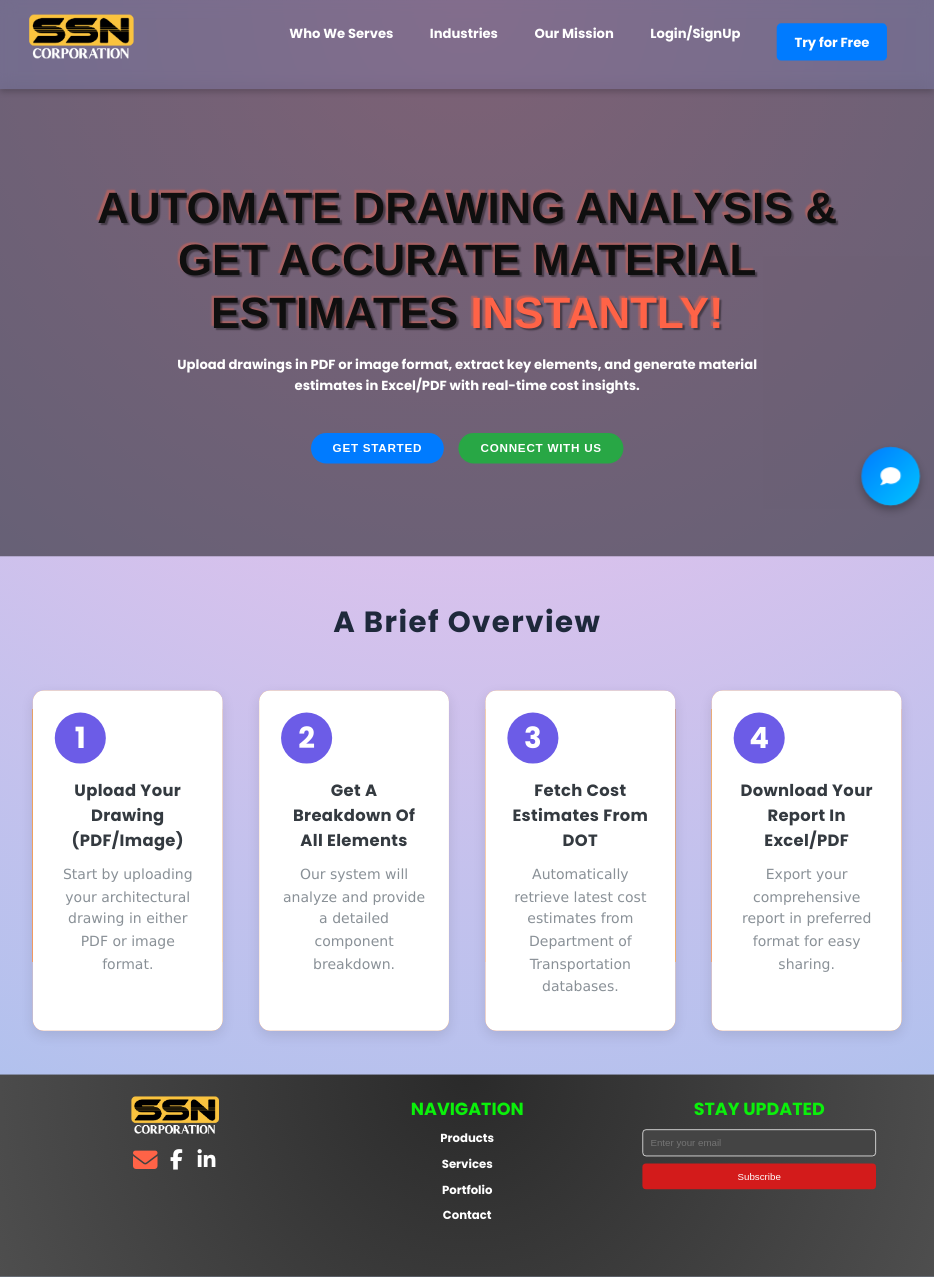
Repository: aabhashbasnet/SSNCorporation
Page: /
An editor plug-in stored every save of this project. The page is shown before and after the next save, followed by the edit.
The browser window is 1280 px wide. The pictures show the whole page, at 73% of full size.
The pointer rests on the first visible `.social-icon`.
The project was rebuilt for these pictures with package versions that can differ from the ones it lists, and the page was loaded fresh each time. Also part of the build but not shown: src/pages/OurMission/OurMission.jsx, src/pages/LoginSignUp/LoginSignUp.css, src/pages/LoginSignUp/LoginSignUp.jsx, src/pages/Industries/Industries.jsx, src/pages/Industries/Landscaping.jsx, src/pages/Industries/Paving.jsx, src/pages/Industries/GeneralConstruction.jsx, src/pages/Industries/FacilitiesMaintenance.jsx and 10 more.

Above is the page before, as saved 2025-02-11 15:09:04.

### src/index.css
/* index.css or App.css */
body {
  margin: 0;
  padding: 0;
  font-family: 'Poppins', sans-serif; /* Optional: Add modern typography */
  /* background: linear-gradient(to bottom, #0a192f, #162447); */
  /* background: linear-gradient(to bottom, #0a192f, #004aad); */
  /* background: radial-gradient(circle at top, #00c6ff, #0072ff, #0a192f);
  background: radial-gradient(circle at top, #ff7e5f, #feb47b, #f4f4f4);
  background: radial-gradient(circle at top, #6a11cb, #2575fc);
  background: radial-gradient(circle at top, #ff416c, #ff4b2b); */
  background: radial-gradient(circle at top, #fbc2eb, #a6c1ee);
  /* color: white; Ensures text is readable */
  min-height: 100vh;
}

### src/App.css
.app-container {
  min-height: 100vh;
  display: flex;
  flex-direction: column;
  background-size: cover;
  background-position: center;
}

### src/components/Main/Main.jsx
import React, { useEffect } from "react";
import { useNavigate } from "react-router-dom";
import "./Main.css";

const Main = () => {
  const navigate = useNavigate();

  const handleGetStartedClick = () => {
    // Open the GetStarted component in a new tab
    const newTab = window.open("", "_blank");
    newTab.location.href = "/get-started";
  };

  useEffect(() => {
    // Adding animation to fade in the content
    const content = document.querySelector(".main-content");
    content.classList.add("fade-in");
  }, []);

  return (
    <div className="main-container">
      <div className="background-image">
        <div className="main-content">
          <h1 className="headline">
            Automate Drawing Analysis & Get Accurate Material Estimates{" "}
            <span className="instant">Instantly!</span>
          </h1>
          <p className="description">
            Upload drawings in PDF or image format, extract key elements, and generate material estimates in Excel/PDF with real-time cost insights.
          </p>

          <div className="button-container">
            <button className="button primary" onClick={handleGetStartedClick}>
              Get Started
            </button>
            <button className="button connect">Connect with Us</button>
          </div>
        </div>
      </div>
    </div>
  );
};

export default Main;

### src/components/Working/Working.jsx
import React from 'react';
import './Working.css';


const Working = () => {
  const steps = [
    {
      number: '1',
      title: 'Upload your drawing (PDF/Image)',
      description: 'Start by uploading your architectural drawing in either PDF or image format.'
    },
    {
      number: '2',
      title: 'Get a breakdown of all elements',
      description: 'Our system will analyze and provide a detailed component breakdown.'
    },
    {
      number: '3',
      title: 'Fetch cost estimates from DOT',
      description: 'Automatically retrieve latest cost estimates from Department of Transportation databases.'
    },
    {
      number: '4',
      title: 'Download your report in Excel/PDF',
      description: 'Export your comprehensive report in preferred format for easy sharing.'
    }
  ];

  return (
    <div className="how-it-works-container">
      <h2 className="section-title">A Brief Overview</h2>
      <div className="steps-container">
        {steps.map((step, index) => (
          <div key={index} className="step-card">
            <div className="step-icon">{step.number}</div>
            <h3 className="step-title">{step.title}</h3>
            <p className="step-description">{step.description}</p>
          </div>
        ))}
      </div>
    </div>
  );
};

export default Working;

### src/components/Footer/Footer.jsx
import React from 'react';
import './Footer.css';
import logo from '../../assets/logo.png';

const Footer = () => {
  return (
    <footer className="footer">
      <div className="footer-content"> {/* Container for better layout control */}
        <div className="footer-section">
          <img src={logo} alt="Company Logo" className="logo" />
          <div className="social-links">
            <a href="mailto:info@ssnbuilders.com" aria-label="Email">
              <i className="fas fa-envelope social-icon"></i>
            </a>
            <a href="https://www.facebook.com" aria-label="Facebook" target="_blank" rel="noopener noreferrer">
              <i className="fab fa-facebook-f social-icon"></i>
            </a>
            <a href="https://www.linkedin.com" aria-label="LinkedIn" target="_blank" rel="noopener noreferrer">
              <i className="fab fa-linkedin-in social-icon"></i>
            </a>
          </div>
        </div>

        <div className="footer-section">
          <h4>Navigation</h4>
          <nav>
            <ul className="footer-nav">
              <li><a href="/products">Products</a></li>
              <li><a href="/services">Services</a></li>
              <li><a href="/portfolio">Portfolio</a></li>
              <li><a href="/contact">Contact</a></li>
            </ul>
          </nav>
        </div>

        <div className="footer-section">
          <h4>Stay Updated</h4>
          <div className="newsletter">
            <input
              type="email"
              placeholder="Enter your email"
              className="email-input"
              aria-label="Email for newsletter"
            />
            <button className="subscribe-button">Subscribe</button>
          </div>
        </div>
      </div> {/* Close footer-content */}
    </footer>
  );
}

export default Footer;

### src/components/Main/Main.css
/* Main content styling */
.main-content {
  padding: 50px 20px;
  text-align: center;
  min-height: calc(100vh - 80px);
  display: flex;
  flex-direction: column;
  justify-content: center;
  align-items: center;
  position: relative;
  z-index: 1;
}

/* Gradient overlay */
.main-content:before {
  content: '';
  position: absolute;
  top: 0;
  left: 0;
  right: 0;
  bottom: 0;
  background: rgba(0, 0, 0, 0.5); /* Dark gradient for readability */

  z-index: -1;
}

/* Headline styling with animated underline */
.headline {
  font-family: 'Helvetica', sans-serif;
  font-size: 60px;
  font-weight: bold;
  color: #0f0f0f;
  margin-bottom: 20px;
  line-height: 1.2;
  text-transform: uppercase;
  display: inline-block;
  position: relative;
  max-width: 90%;
  text-shadow: 2px 2px 6px rgba(0, 0, 0, 0.3), 0 0 25px rgba(255, 99, 71, 0.5);
  text-shadow: 3px 3px 2px rgba(0, 0, 0, 0.4), -3px -3px 2px rgba(255, 99, 71, 0.4);


}

.headline .instant {
  color: #ff6347; /* Tomato color */
}

/* Underline animation effect */
.headline:after {
  content: '';
  position: absolute;
  left: 0;
  bottom: -5px;
  width: 0;
  height: 3px;
  background: #ff6347;
  transition: width 0.3s ease;
}

.headline:hover:after {
  width: 100%;
}

/* Description styling */
.description {
  font-size: 18px;
  font-weight: bold;
  color: white;
  max-width: 800px;
  margin: 0 auto;
  line-height: 1.6;
  margin-bottom: 30px;
}

/* Button container styling */
.button-container {
  display: flex;
  gap: 20px;
  justify-content: center;
  margin-top: 20px;
  flex-wrap: wrap;
  align-items: center;
}

/* Button base styling */
.button {
  padding: 12px 30px;
  font-size: 16px;
  font-weight: bold;
  border: none;
  border-radius: 25px;
  cursor: pointer;
  transition: all 0.3s ease;
  display: inline-block;
  text-transform: uppercase;
  letter-spacing: 1px;
}

/* Default button styling */
.button:hover {
  transform: translateY(-5px);
}

/* "Get Started" button styling */
.button.primary {
  background-color: #007bff;
  color: white;
}

.button.primary:hover {
  background-color: #0056b3;
}

/* "Connect with Us" button styling */
.button.connect {
  background-color: #28a745;
  color: white;
}

.button.connect:hover {
  background-color: #218838;
}

/* Add some responsive styling */
@media (max-width: 768px) {
  .headline {
    font-size: 45px; /* Adjust the headline font size */
  }

  .description {
    font-size: 16px;
    padding: 0 20px;
  }

  .button-container {
    flex-direction: column; /* Stack buttons on mobile */
  }

  .button {
    width: 100%;
    max-width: 300px;
    margin: 10px 0;
  }
}

### src/components/Working/Working.css
/* Working.css */

/* Container for the whole section */
.how-it-works-container {
    padding: 60px 20px;
    /* background-color: #f1f4f9; */
    text-align: center;
  }

  .section-title {
    font-size: 3rem;
    font-weight: bold;
    color: #343a40;
    margin-bottom: 40px;
    /* text-transform: uppercase; */
    letter-spacing: 2px;
    animation: fadeIn 1s ease-out;
  }

  /* Flexbox container for the cards */
  .steps-container {
    display: flex;
    justify-content: center;
    gap: 50px;
    flex-wrap: wrap;
    animation: fadeInUp 1s ease-out;
  }

  /* Individual step cards */
  .step-card {
    background-color: #fff;
    border-radius: 15px;
    box-shadow: 0 6px 18px rgba(0, 0, 0, 0.1);
    padding: 30px;
    width: 260px;
    transition: transform 0.4s ease, box-shadow 0.4s ease;
    cursor: pointer;
    position: relative;
    overflow: hidden;
    text-align: center;
  }

  .step-card:hover {
    transform: translateY(-10px);
    box-shadow: 0 12px 30px rgba(0, 0, 0, 0.15);
  }

  .step-card::before {
    content: "";
    position: absolute;
    top: 50%;
    left: 50%;
    width: 200%;
    height: 200%;
    background: linear-gradient(45deg, #ff6f61, #f79c42, #6c5ce7);
    z-index: -1;
    animation: expand 3s ease-out infinite;
    transform: translate(-50%, -50%);
  }

  /* Step icon circle */
  .step-icon {
    font-size: 2.5rem;
    font-weight: bold;
    color: #fff;
    background-color: #6c5ce7;
    width: 70px;
    height: 70px;
    border-radius: 50%;
    display: flex;
    align-items: center;
    justify-content: center;
    margin-bottom: 20px;
    transition: transform 0.3s ease;
  }

  .step-card:hover .step-icon {
    transform: scale(1.1);
  }

  /* Title style for each step */
  .step-title {
    font-size: 1.4rem;
    font-weight: 600;
    color: #343a40;
    margin-bottom: 15px;
    text-transform: capitalize;
    letter-spacing: 0.5px;
    transition: color 0.3s ease;
  }

  .step-card:hover .step-title {
    color: #6c5ce7;
  }

  /* Description under each title */
  .step-description {
    font-size: 1.2rem;
    font-family: 'Lucida Sans', 'Lucida Sans Regular', 'Lucida Grande', 'Lucida Sans Unicode', Geneva, Verdana, sans-serif;
    font-weight: 500;
    color: #6c757d;
    line-height: 1.6;
    padding-bottom: 15px;
    opacity: 0.8;
    transition: opacity 0.3s ease;
  }

  .step-card:hover .step-description {
    opacity: 1;
    color: #2f353b;
  }

  /* Hover animations for smooth effects */
  @keyframes fadeIn {
    from {
      opacity: 0;
      transform: translateY(-20px);
    }
    to {
      opacity: 1;
      transform: translateY(0);
    }
  }

  @keyframes fadeInUp {
    from {
      opacity: 0;
      transform: translateY(20px);
    }
    to {
      opacity: 1;
      transform: translateY(0);
    }
  }

  @keyframes expand {
    0% {
      transform: translate(-50%, -50%) scale(1);
    }
    50% {
      transform: translate(-50%, -50%) scale(1.2);
    }
    100% {
      transform: translate(-50%, -50%) scale(1);
    }
  }

  /* Mobile responsiveness */
  @media (max-width: 768px) {
    .steps-container {
      flex-direction: column;
      align-items: center;
    }

    .step-card {
      width: 90%;
      margin-bottom: 30px;
    }
  }

### src/components/Footer/Footer.css
.footer {
  background-color: #333;
  background: radial-gradient(circle at top, #2a2a2a, #4e4e4e);
  color: white;
  padding: 30px;
}

.footer-content {
  display: flex;
  flex-wrap: wrap;
  justify-content: space-around;
  max-width: 1200px;
  margin: 0 auto;
  align-items: stretch; /* Ensure all sections stretch evenly */
}

.footer-section {
  flex: 1 1 30%;
  margin-bottom: 2rem; /* Use rem for consistent scaling */
  text-align: center;
}

.logo {
  width: 120px;
  height: auto;
  margin-bottom: 15px;
}

.social-links {
  display: flex;
  justify-content: center;
  gap: 20px;
}

.social-icon {
  font-size: 28px;
  color: white;
  transition: color 0.3s ease;
}

.social-icon:hover {
  transform: scale(1.2);
  color: #ff6347; /* Change hover color to match the button theme */
}

.social-icon:focus {
  outline: 2px solid #ff6347; /* Focus state for better accessibility */
}

.footer-section h4 {
  font-size: 1.5rem; /* Scalable font size */
  font-weight: bold;
  margin-bottom: 10px;
  color: rgb(11, 240, 11);
  text-transform: uppercase;
}

.footer-nav {
  list-style: none;
  padding: 0;
  margin: 0;
}

.footer-nav li {
  margin-bottom: 10px;
}

.footer-nav a {
  font-size: 1rem;
  color: hsl(0, 0%, 100%);
  text-decoration: none;
  transition: color 0.3s ease;
}

.footer-nav a:hover {
  color: #0e76a8;
  transform: translate(5px);
}

.footer-nav a:focus {
  outline: 2px solid #ff6347; /* Focus state for better accessibility */
}

.newsletter {
  display: flex;
  flex-direction: column;
  align-items: center;
}

.email-input {
  padding: 10px;
  border: 1px solid #fff;
  border-radius: 5px;
  width: 80%;
  margin-bottom: 10px;
  background-color: #444;
  color: white;
  transition: background-color 0.3s ease;
}

.email-input:focus {
  background-color: #555; /* Lighter background when focused */
}

.subscribe-button {
  padding: 10px 20px;
  background-color: #d31b1b;
  color: white;
  border: none;
  border-radius: 5px;
  cursor: pointer;
  transition: all 0.3s ease;
  width: 80%;
}

.subscribe-button:hover {
  background-color: #b91b1b;
  transform: scale(1.05); /* Slightly enlarge on hover */
}

@media screen and (max-width: 768px) {
  .footer-section {
    flex: 1 1 100%; /* Full width on mobile */
    margin-bottom: 20px;
  }

  .newsletter {
    flex-direction: column;
    align-items: center;
  }

  .email-input,
  .subscribe-button {
    width: 100%; /* Full width input and button */
  }

  .footer-nav li {
    margin-bottom: 5px; /* Reduce margin between links */
  }

  .social-icon {
    font-size: 24px; /* Smaller social icons on mobile */
  }
}

### src/pages/Industries/Industries.css
/* Import Poppins font */
@import url('https://fonts.googleapis.com/css2?family=Poppins:wght@700&display=swap');

.industries-container {
  padding: 5rem 1rem;
}

.industries-title {
  font-family: Arial, Helvetica, sans-serif;
  text-align: center;
  font-size: 2.9rem;
  color: #1f2937;
  margin-bottom: 1rem;
  font-weight: 1000;
}

.industries-subtitle {
  text-align: center;
  color: #4b5563;
  font-size: 1.125rem;
  max-width: 800px;
  margin: 0 auto 3rem;
  line-height: 1.6;
}

.industries-grid {
  display: grid;
  gap: 2rem;
  grid-template-columns: 1fr;
}

.industry-card {
  background: white;
  padding: 2.5rem;
  border-radius: 1rem;
  box-shadow: 0 4px 6px -1px rgba(0, 0, 0, 0.1);
  transition: transform 0.3s ease, box-shadow 0.3s ease;
}

.industry-card:hover {
  transform: translateY(-5px);
  box-shadow: 0 10px 15px -3px rgba(0, 0, 0, 0.1);
}

.icon-container {
  width: 60px;
  height: 60px;
  border-radius: 50%;
  display: flex;
  align-items: center;
  justify-content: center;
  margin-bottom: 1.5rem;
}

.industry-icon {
  font-size: 2.5rem;
  color: white;
}

.industry-title {
  color: #1f2937;
  font-size: 1.5rem;
  margin: 1.5rem 0 1rem;
  font-weight: 600;
}

.industry-description {
  color: #4b5563;
  line-height: 1.6;
  margin-bottom: 1.5rem;
}

.learn-more-btn {
  color: #3b82f6;
  text-decoration: none;
  font-weight: 500;
  display: inline-flex;
  align-items: center;
  gap: 0.5rem;
  transition: color 0.3s ease;
}

.learn-more-btn:hover {
  color: #2563eb;
}

@media (min-width: 768px) {
  .industries-grid {
    grid-template-columns: repeat(2, 1fr);
  }
}

@media (min-width: 1024px) {
  .industries-grid {
    grid-template-columns: repeat(4, 1fr);
  }

  .industries-title {
    font-size: 3rem;
  }

  .industries-subtitle {
    font-size: 1.25rem;
  }
}

### src/pages/Industries/FacilitiesMaintainance.css
/* Reset and base styles */
* {
  margin: 0;
  padding: 0;
  box-sizing: border-box;
}

body {
  background-color: #f5f7fa;
}

/* General section styling */
section {
  padding: 4rem 2rem;
  max-width: 1200px;
  margin: 0 auto;
}

/* Overview section */
.overview-section {
  display: flex;
  gap: 3rem;
  align-items: center;
  min-height: 80vh;
  background: linear-gradient(135deg, #e8f4fd 0%, #f5f7fa 100%);
  border-radius: 20px;
  margin: 2rem auto;
}

.overview-text {
  flex: 1;
}

.overview-text h1 {
  font-size: 3rem;
  margin-bottom: 1.5rem;
  color: #2c3e50;
  line-height: 1.2;
  font-weight: 700;
}

.overview-text p {
  font-size: 1.1rem;
  line-height: 1.6;
  color: #5a6c7d;
  margin-bottom: 1.5rem;
}

.overview-image {
  flex: 1;
  position: relative;
}

.overview-image img {
  width: 100%;
  height: auto;
  border-radius: 15px;
  box-shadow: 0 20px 40px rgba(0, 0, 0, 0.1);
}

/* Features and Benefits section */
.features-benefits {
  background: linear-gradient(135deg, #f5f7fa 0%, #e8f4fd 100%);
  text-align: center;
  padding: 5rem 2rem;
  border-radius: 20px;
  margin: 2rem auto;
}

.features-benefits h2 {
  font-size: 2.5rem;
  color: #2c3e50;
  margin-bottom: 3rem;
  font-weight: 700;
}

.feature-card {
  background: rgba(255, 255, 255, 0.9);
  padding: 2rem;
  border-radius: 10px;
  box-shadow: 0 10px 20px rgba(0, 0, 0, 0.05);
  transition: transform 0.3s ease;
  text-align: center;
}

.feature-card:hover {
  transform: translateY(-5px);
  background: rgba(255, 255, 255, 0.95);
  box-shadow: 0 15px 30px rgba(0, 0, 0, 0.1);
}

.feature-card i {
  font-size: 2.5rem;
  margin-bottom: 1rem;
}

.feature-card h3 {
  font-size: 1.5rem;
  color: #2c3e50;
  margin-bottom: 1rem;
  font-weight: 600;
}

.feature-card p {
  color: #5a6c7d;
  line-height: 1.5;
}

/* CTA section */
.cta-section {
  text-align: center;
  background: linear-gradient(135deg, #3498db, #2980b9);
  color: white;
  border-radius: 15px;
  margin: 2rem auto;
  padding: 4rem 2rem;
  box-shadow: 0 15px 30px rgba(41, 128, 185, 0.2);
}

.cta-section h2 {
  font-size: 2.5rem;
  margin-bottom: 1.5rem;
  font-weight: 700;
}

.cta-section p {
  font-size: 1.2rem;
  margin-bottom: 2rem;
  max-width: 600px;
  margin-left: auto;
  margin-right: auto;
  line-height: 1.6;
}

.cta-button {
  display: inline-block;
  padding: 1rem 2rem;
  font-size: 1.2rem;
  font-weight: 600;
  text-decoration: none;
  color: white;
  background: linear-gradient(135deg, #28a745, #218838);
  border-radius: 30px;
  transition: all 0.3s ease;
  cursor: pointer;
  border: 2px solid transparent;
  box-shadow: 0 4px 15px rgba(40, 167, 69, 0.2);
}

.cta-button:hover {
  transform: scale(1.05);
  box-shadow: 0 6px 20px rgba(40, 167, 69, 0.3);
  background: linear-gradient(135deg, #218838, #28a745);
  color: white;
  border-color: rgba(255, 255, 255, 0.2);
}

/* Responsive Design */
@media (max-width: 1024px) {
  .features-grid {
      grid-template-columns: repeat(2, 1fr);
  }
}

@media (max-width: 768px) {
  .overview-section {
      flex-direction: column;
      text-align: center;
  }

  .overview-text h1 {
      font-size: 2.5rem;
  }

  .features-grid {
      grid-template-columns: 1fr;
  }

  .cta-section h2 {
      font-size: 2rem;
  }
}

@media (max-width: 480px) {
  section {
      padding: 2rem 1rem;
  }

  .overview-text h1 {
      font-size: 2rem;
  }

  .features-benefits h2 {
      font-size: 2rem;
  }

  .feature-card {
      margin: 0;
  }

  .cta-button {
      width: 90%;
      max-width: 300px;
  }
}

Loaded but not shown: public/index.html (common file); src/index.js (common file); src/reportWebVitals.js (common file); public/manifest.json (common file); src/App.js (63 lines, source omitted); src/components/FloatingChatButton/FloatingChatButton.jsx (177 lines, source omitted); src/components/FloatingChatButton/FloatingChatButton.css (285 lines, source omitted); src/components/Navbar/Navbar.jsx (138 lines, source omitted); src/components/Navbar/Navbar.css (231 lines, source omitted); src/pages/Industries/Paving.css (214 lines, source omitted); src/pages/Industries/Landscaping.css (213 lines, source omitted); src/pages/OurMission/OurMission.css (228 lines, source omitted); src/pages/Industries/GeneralConstruction.css (205 lines, source omitted)

After the next save:
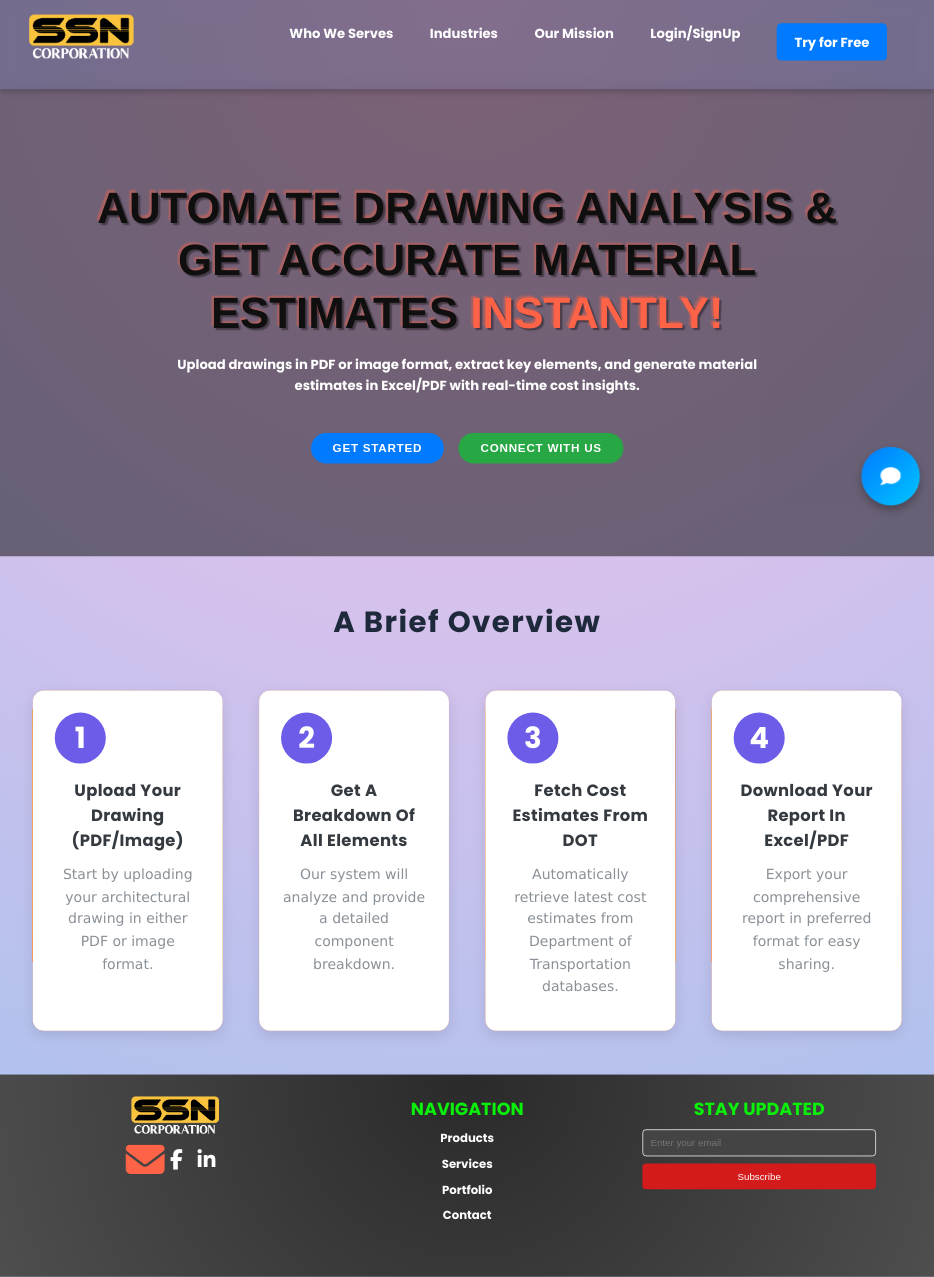
Saved 16 s later.
--- a/src/components/Footer/Footer.css
+++ b/src/components/Footer/Footer.css
@@ -39,7 +39,7 @@
 }
 
 .social-icon:hover {
-  transform: scale(1.2);
+  transform: scale(1.9);
   color: #ff6347; /* Change hover color to match the button theme */
 }
 
